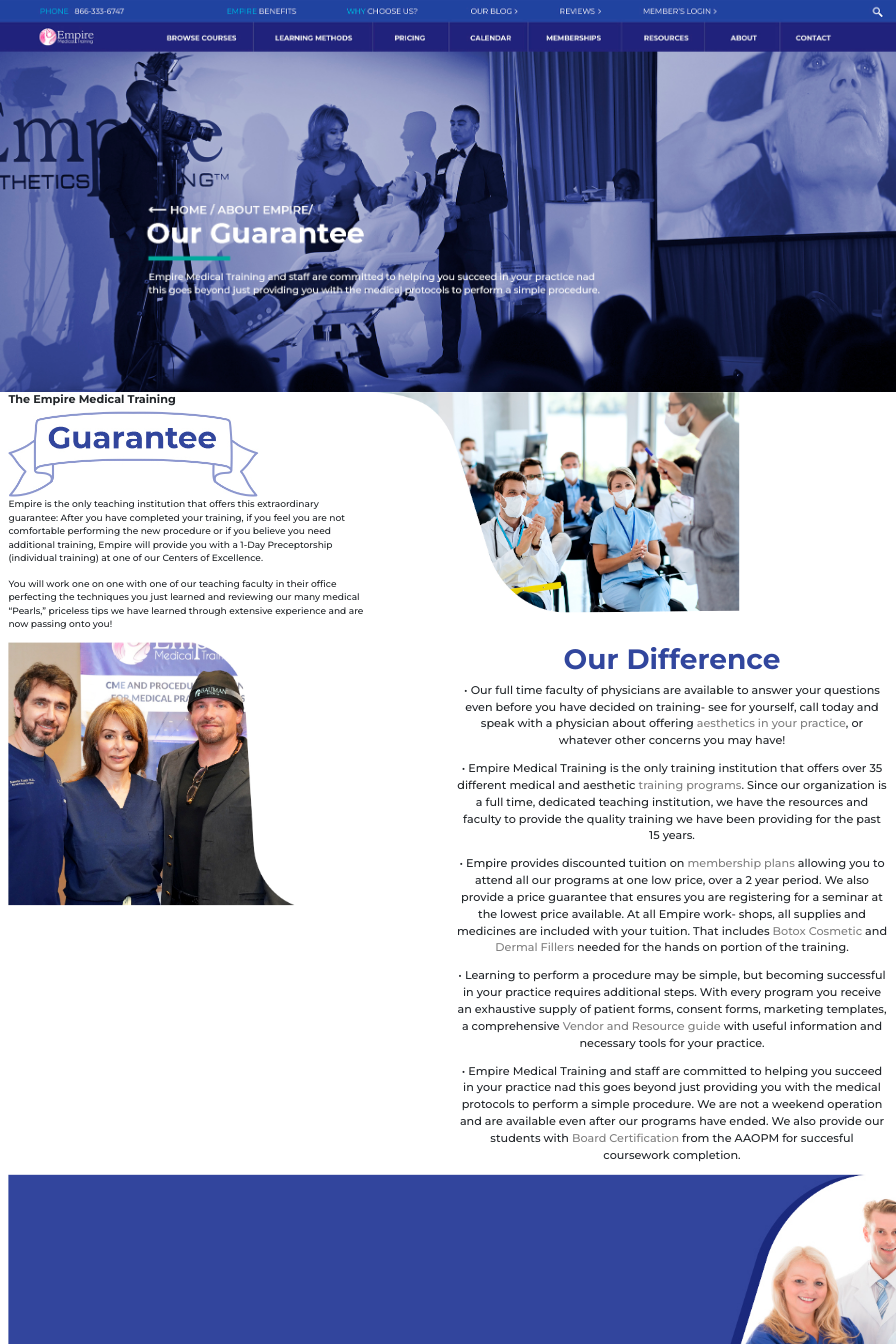
Repository: jorgi710/BODY-CONTOURING-INJECTABLES-AND-ADJUNCT-PROCEDURES
Page: our quarantee/file/src/index.html
The author's editor kept a copy of each file at every save. The page is drawn from the files as they stood at one save, then again after the next save.
The browser window is 1280 px wide. The pictures show the part of the page from y = 0 to 1920 px (the page is 6244 px tall), at 70% of full size.

Above is the page before, as saved 2021-04-06 05:42:10.

### our quarantee/file/src/index.html
<!DOCTYPE html>
<html lang="en">
  <head>
    <meta charset="UTF-8" />
    <meta http-equiv="X-UA-Compatible" content="IE=edge" />
    <meta name="viewport" content="width=device-width, initial-scale=1.0" />
    <title>Page_3</title>

    <link
      href="https://cdn.jsdelivr.net/npm/bootstrap@5.0.0-beta3/dist/css/bootstrap.min.css"
      rel="stylesheet"
      integrity="sha384-eOJMYsd53ii+scO/bJGFsiCZc+5NDVN2yr8+0RDqr0Ql0h+rP48ckxlpbzKgwra6"
      crossorigin="anonymous"
    />
    <link
      href="https://fonts.googleapis.com/css2?family=Montserrat:wght@400;500;600;700&display=swap"
      rel="stylesheet"
    />
    <link rel="stylesheet" href="../css/style.css" />
  </head>
  <body>
    <header>
      <div class="container-fluid m-0 p-0">
        <img
          src="../assets/header.jpg"
          alt="navbar"
          class="img-fluid m-0 p-0"
        />
      </div>
    </header>
    <main>
      <section class="section_1">
        <div class="container-fluid text-center">
          <div class="row sombras justify-content-center align-content-center">
            <div class="col-sm-12 col-md-5 text-start align-content-center">
              <h1 class="bold">The Empire Medical Training</h1>
              <img src="../assets/logo_main.jpg" alt="logo" class="img-fluid" />
              <p class="medium">
                Empire is the only teaching institution that offers this
                extraordinary guarantee: After you have completed your training,
                if you feel you are not comfortable performing the new procedure
                or if you believe you need additional training, Empire will
                provide you with a 1-Day Preceptorship (individual training) at
                one of our Centers of Excellence.
              </p>
              <p class="medium">
                You will work one on one with one of our teaching faculty in
                their office perfecting the techniques you just learned and
                reviewing our many medical “Pearls,” priceless tips we have
                learned through extensive experience and are now passing onto
                you!
              </p>
            </div>
            <div class="col-md-7 justify-content-end p-0">
              <img
                src="../assets/section_1_1_web.jpg"
                alt=""
                class="d-none d-md-block img-fluid"
              />
              <img
                src="../assets/section_1_1_mobil.jpg"
                alt=""
                class="d-md-none img-fluid"
              />
            </div>
          </div>
          <div class="row">
            <div class="col-sm-12 col-md-6">
              <img
                src="../assets/section_1_2_web.jpg"
                alt="Our difference"
                class="d-none d-md-block"
              />
              <img
                src="../assets/section_1_2_mobil.jpg"
                alt=""
                class="d-md-none"
              />
            </div>
            <div class="col-md-6">
              <h1 class="bold azul">Our Difference</h1>
              <p class="medium">
                • Our full time faculty of physicians are available to answer
                your questions even before you have decided on training- see for
                yourself, call today and speak with a physician about offering
                <span class="claro">aesthetics in your practice</span>, or
                whatever other concerns you may have!
              </p>
              <p class="medium">
                • Empire Medical Training is the only training institution that
                offers over 35 different medical and aesthetic
                <span class="claro">training programs</span>. Since our
                organization is a full time, dedicated teaching institution, we
                have the resources and faculty to provide the quality training
                we have been providing for the past 15 years.
              </p>
              <p class="medium">
                • Empire provides discounted tuition on
                <span class="claro">membership plans</span>
                allowing you to attend all our programs at one low price, over a
                2 year period. We also provide a price guarantee that ensures
                you are registering for a seminar at the lowest price available.
                At all Empire work- shops, all supplies and medicines are
                included with your tuition. That includes
                <span class="claro">Botox Cosmetic</span> and
                <span class="claro">Dermal Fillers</span> needed for the hands
                on portion of the training.
              </p>
              <p class="medium">
                • Learning to perform a procedure may be simple, but becoming
                successful in your practice requires additional steps. With
                every program you receive an exhaustive supply of patient forms,
                consent forms, marketing templates, a comprehensive
                <span class="claro">Vendor and Resource guide</span> with useful
                information and necessary tools for your practice.
              </p>
              <p class="medium">
                • Empire Medical Training and staff are committed to helping you
                succeed in your practice nad this goes beyond just providing you
                with the medical protocols to perform a simple procedure. We are
                not a weekend operation and are available even after our
                programs have ended. We also provide our students with
                <span class="claro"> Board Certification</span> from the AAOPM
                for succesful coursework completion.
              </p>
            </div>
          </div>
        </div>
      </section>
      <section class="section_2">
        <div class="container-fluid">
          <img src="../assets/section_2.jpg" alt="Meet Our Trusted Faculty" />

          <div class="content">
            <h1>Meet Our Trusted Faculty</h1>
            <p>
              Empire Medical Training celebrates 15 years of success in training
              physicians and health care professionals. We believe our success
              is due, in part, to the extra things our organization and faculty
              provide for you.
            </p>
            <button class="btn btn-danger"><h3>Meet Faculty</h3></button>
          </div>
        </div>
      </section>
      <section class="section_3">
        <div>
          <h1 class="negro bold">
            <span class="azul">Background &</span> Achievements
          </h1>
          <p class="medium">
            Now a little about Empire Medical Training’s background and
            achievements: Why Empire is committed to excellence:
          </p>
          <p class="medium">
            Empire Medical Training celebrates our 22nd year of training and we
            remain the #1 medical training and certification CME Medical and
            Aesthetic workshops offered each year, Empire has trained over
            125,000 Physicians, Dentists, Nurses, and other Health Care
            Professionals. With countless
            <span class="claro">testimonials</span> from satisfied attendees, we
            stand behind our programs and provide a complete satisfaction
            guarantee. source worldwide.
          </p>
          <p class="medium">
            Empire has acquired a distinguished reputation in education and
            serves as a training facility for Allergan (Botox, Juvederm) and
            Medicis (Restylane), along with many of the largest Aesthetic Laser
            Manufacturers. In addition, Empire is proud to have been chosen by
            the Florida Dental Association (FDA) to train their member Dentists
            in Botox Cosmetic and other Aesthetic Procedures.
          </p>
          <p class="medium">
            At Empire, we believe our success is dependent on you receiving
            quality training and instruction. Empire Medical Training is a
            nationally recognized CME Training Institution for Physicians,
            Dentists, Nurses and other Health Care Professionals.
          </p>
        </div>
        <div class="row">
          <div class="col-sm-12 col-md-6">
            <p class="medium">
              In addition to training at resort hotels, Empire has pioneered the
              first <span class="claro">premier Medical Spa</span> in Fort
              Lauderdale, Florida where physicians can enjoy training on actual
              patients and receive classroom didactic presentations. This
              facility has been designed specifically for training purposes
              utilizing state of the art aesthetic lasers and medical spa
              equipment along with modern classroom facilities and training
              aids. All courses are conducted by Physicians and other
              Specialists in Aesthetics, Pain Management, Surgery, and Medicine.
              Not by less qualified Instructors.
            </p>
            <p class="medium">
              Empire has achieved an outstanding reputation through a
              distinguished faculty of Physician specialists. Your training will
              be conducted by Physicians and other Specialists in Aesthetics,
              Pain Management, Surgery, and Medicine. We believe it is important
              for attendees to be exposed to a faculty of instructors for a more
              complete understanding of the topic, rather than just 1 part time
              physician or nurse instructor like many training companies do.
              Beware of start up seminar companies who employ less qualified
              personnel for your training, or local doctors’ offices with
              impressive web sites looking to supplement their income by
              offering inferior or incomplete training as a side job.
            </p>
          </div>
          <div class="col-sm-12 col-md-6">
            <img
              src="../assets/section_3_web.jpg"
              alt="background achievements"
              class="d-none d-md-block"
            />
            <img
              src="../assets/section_3_mobil.jpg"
              alt="background achievements"
              class="d-md-none"
            />
          </div>
        </div>
      </section>
      <section class="section_4">
        <img src="../assets/section_4.jpg" alt="aesthetics starter kit" />
      </section>
      <section class="section_5">
        <div class="row">
          <div class="col-sm-12 col-md-6">
            <img
              src="../assets/section_5_web.jpg"
              alt="empire"
              class="d-none d-md-block"
            />
            <img
              src="../assets/section_5_mobile.jpg"
              alt="empire"
              class="d-md-none"
            />
          </div>
          <div class="col-md-6">
            <h1 class="bold">
              The Programs at Empire are Actually
              <span class="azul">Hands On</span>
            </h1>
            <p class="medium">
              Many seminar companies claim you will receive hands on training
              but they can not, or, are not qualified to provide this
              experience. During our Aesthetic Programs, Empire attendees will
              inject live patients with real, authentic products – not saline)
              and perform other procedures depending on the topic. During other
              esthetic training and our medical procedures’ training, attendees
              will work on
              <span class="claro">Cadavers from the Medical School</span>
              University lab along with volunteer patients and models.
            </p>
            <p class="medium">
              Empire works with a variety of the largest medical equipment
              manufacturers to help provide the training which requires
              equipment usage, i.e. Aesthetic Lasers and Supplies, Ultrasound, X
              Ray, etc. This variety is essential for attendees to gain a
              complete understanding of the technologies available rather than
              just a limited exposure. You will never see only 1 or 2 laser
              manufacturers at our programs. Beware of training institutions who
              have arrangements with only 1 or 2 vendors.
            </p>
          </div>
        </div>
        <p class="medium">
          Deciding on where you receive you training is an important decision
          and should be made carefully. Make sure your instructors are Physician
          Specialists in their field, i.e. Plastic Surgery and are part of a
          faculty of the institution. Simply reading some instructions is not
          enough, quality instruction means going beyond the technical details
          and into the <span class="claro">“pearls”</span> that make your
          patients happy and give you the reputation you want. Beware of less
          qualified personnel. Be sure the training institution is dedicated to
          training and not a part time doctors office/ seminar company. Make
          sure the programs are fully accredited by a medical academy and not
          “co sponsored” by another institution. Most importantly, beware of
          unrealistic promises and look for training that can and will provide
          Hands- On experience. There is no other effective way to learn
          procedural skills. Empire Medical Training is dedicated to your
          success and we encourage you to ask questions with whomever you decide
          to be trained by.
        </p>
      </section>
    </main>
    <footer>
      <img src="../assets/footer.jpg" alt="footer" class="img-fluid" />
    </footer>
  </body>
</html>

### our quarantee/file/css/style.css
@import url("https://fonts.googleapis.com/css2?family=Montserrat:wght@400;500;600;700&display=swap");
* {
  box-sizing: border-box;
  font-family: var(--fuente);
}
header,
section {
  overflow-x: hidden;
}
:root {
  --fuente: "Montserrat", cursive;
  --azul: #31469d;
  --clarito: #808080;
  --negro: #000000;
  --regular: 400;
  --medium: 500;
  --semi_bold: 600;
  --bold: 700;
}
.regular {
  font-weight: 400;
}
.medium {
  font-weight: 500;
}
.semi {
  font-weight: 600;
}
.bold {
  font-weight: 700;
}
.azul {
  color: #31469d;
}
.claro {
  color: #808080;
}
.negro {
  color: #000000;
}

.section_1 .row .col-md-5 {
  font-size: small;
  position: center;
}
.section_1 .row .col-md-5 h1 {
  font-size: medium;
}
.section_1 .row img {
  width: 70%;
}

After the next save:
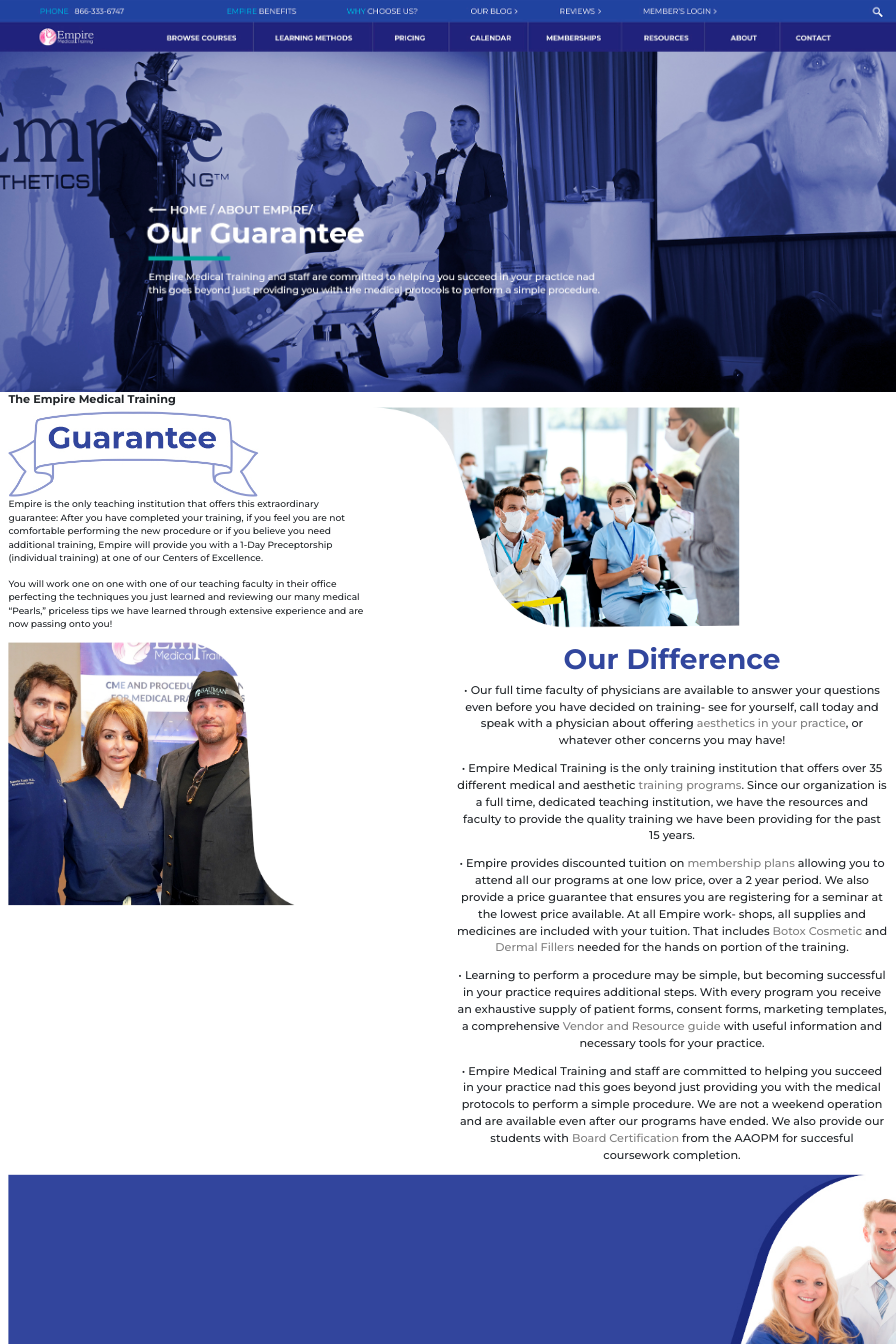
Saved 10 s later.
--- a/our quarantee/file/src/index.html
+++ b/our quarantee/file/src/index.html
@@ -31,7 +31,9 @@
     <main>
       <section class="section_1">
         <div class="container-fluid text-center">
-          <div class="row sombras justify-content-center align-content-center">
+          <div
+            class="row sombras justify-content-center align-content-center align-items-center"
+          >
             <div class="col-sm-12 col-md-5 text-start align-content-center">
               <h1 class="bold">The Empire Medical Training</h1>
               <img src="../assets/logo_main.jpg" alt="logo" class="img-fluid" />

After the save that followed:
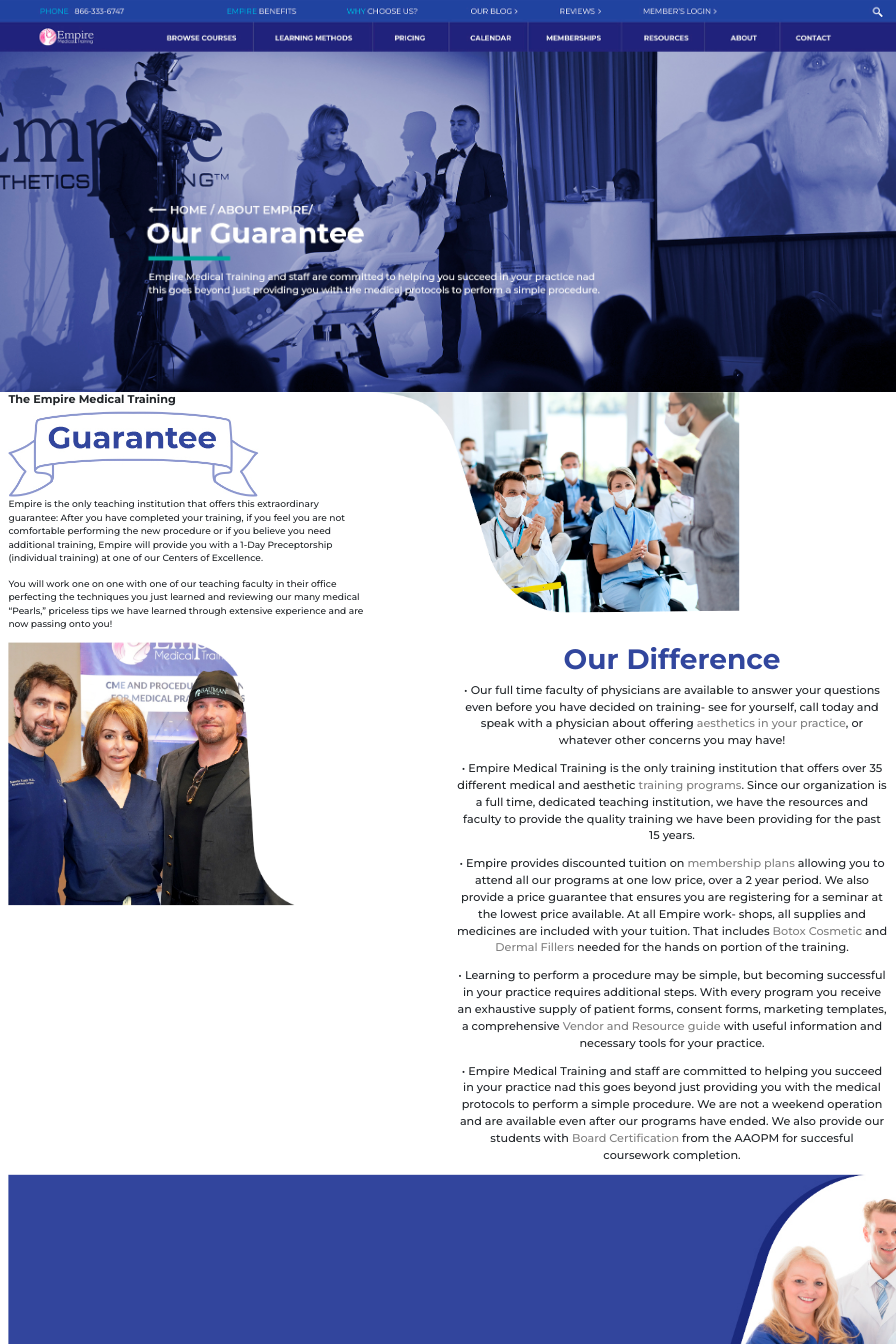
Saved 42 s later.
--- a/our quarantee/file/src/index.html
+++ b/our quarantee/file/src/index.html
@@ -31,10 +31,8 @@
     <main>
       <section class="section_1">
         <div class="container-fluid text-center">
-          <div
-            class="row sombras justify-content-center align-content-center align-items-center"
-          >
-            <div class="col-sm-12 col-md-5 text-start align-content-center">
+          <div class="row sombras">
+            <div class="col-sm-12 col-md-5 text-start justify-content-center">
               <h1 class="bold">The Empire Medical Training</h1>
               <img src="../assets/logo_main.jpg" alt="logo" class="img-fluid" />
               <p class="medium">
